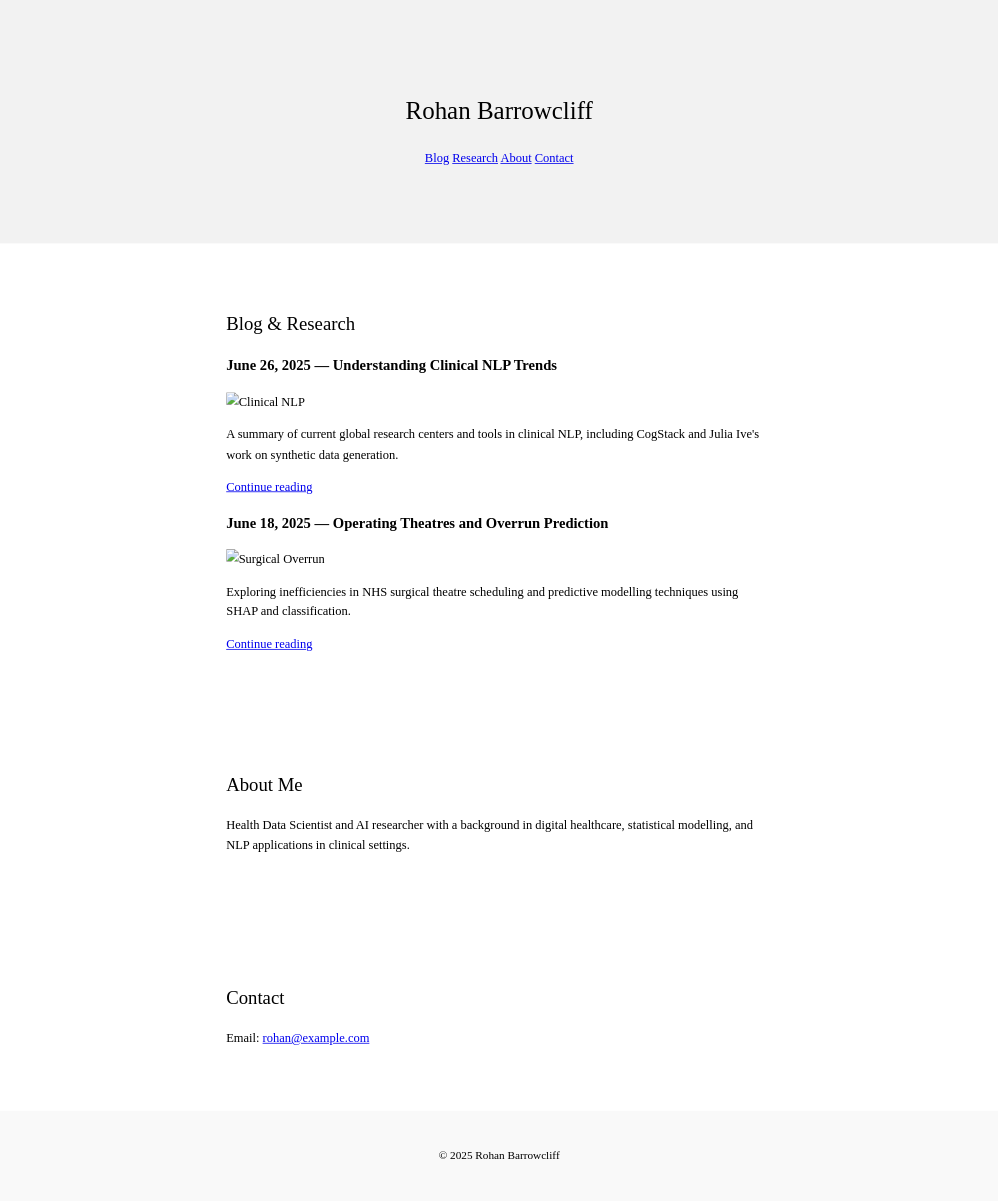
Repository: rgbweston/rgbweston.github.io
Page: index.html
These files come from the project's save history. The page is drawn as it stood at one moment and after the next save; the edit follows.
The browser window is 1280 px wide. The pictures show the whole page, at 78% of full size.

Above is the page before, as saved 2025-06-26 10:55:24.
Not found: nlp-image.jpg
Not found: theatre-overrun.jpg

After the next save:
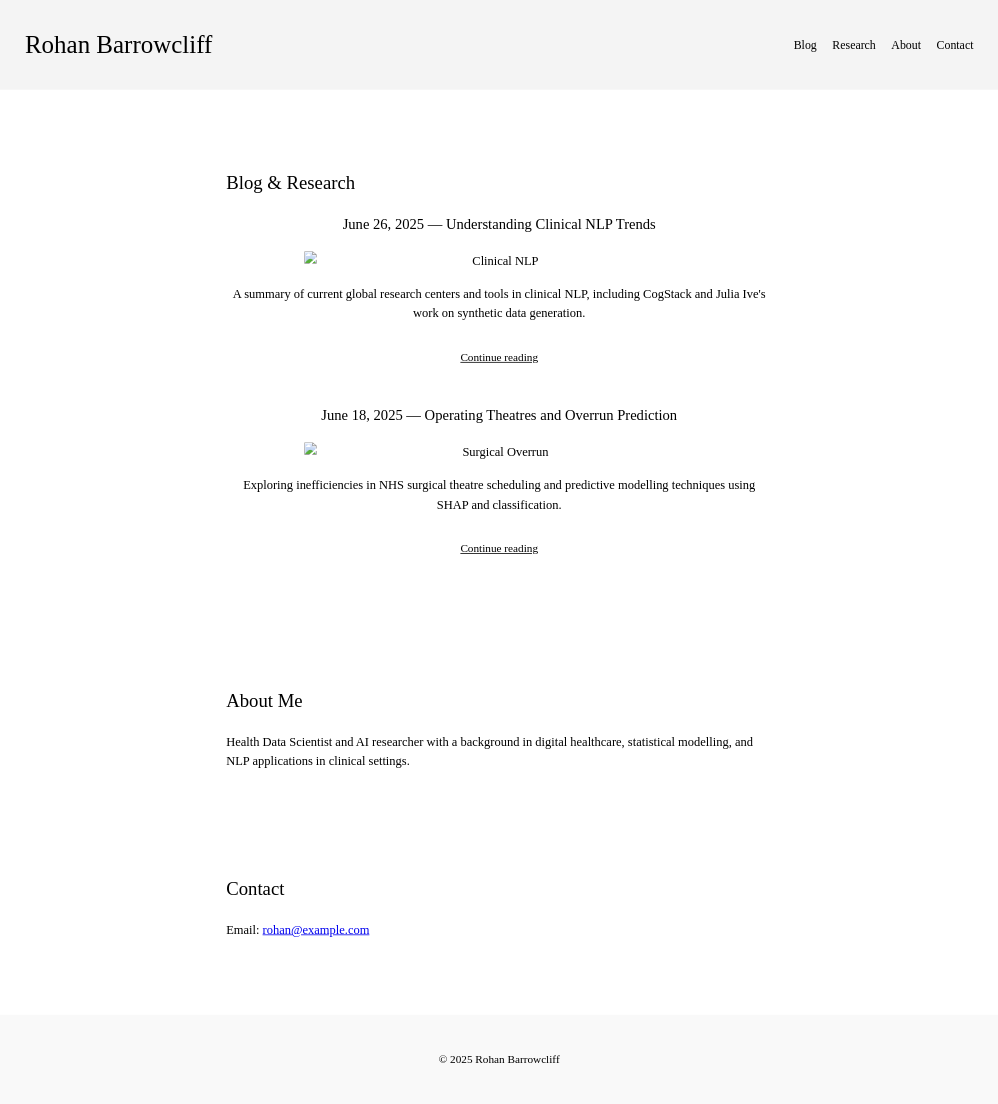
Saved 24 s later.
--- a/style.css
+++ b/style.css
@@ -7,22 +7,35 @@ body {
     color: #000;
   }
 
-  .hero {
-    text-align: center;
-    padding: 6rem 1rem;
-    background: #f2f2f2;
+  .navbar {
+    display: flex;
+    justify-content: space-between;
+    align-items: center;
+    padding: 2rem;
+    background: #f4f4f4;
+    flex-wrap: wrap;
   }
 
-  .tagline {
-    font-style: italic;
-    font-size: 1.2rem;
-    margin-top: 0.5rem;
+  .site-title {
+    font-size: 2rem;
+    margin: 0;
+  }
+
+  .nav-links a {
+    margin-left: 1rem;
+    text-decoration: none;
+    color: #000;
+    font-size: 0.95rem;
+  }
+
+  main {
+    max-width: 700px;
+    margin: auto;
+    padding: 2rem 1rem;
   }
 
   .section {
-    padding: 4rem 2rem;
-    max-width: 700px;
-    margin: auto;
+    padding: 3rem 0;
     opacity: 0;
     transform: translateY(20px);
     transition: opacity 0.8s ease-out, transform 0.8s ease-out;
@@ -33,8 +46,29 @@ body {
     transform: translateY(0);
   }
 
-  h1, h2 {
+  h1, h2, h3 {
     font-weight: normal;
+  }
+
+  .post {
+    margin-bottom: 3rem;
+    text-align: center;
+  }
+
+  .post-image {
+    width: 100%;
+    max-width: 500px;
+    height: auto;
+    display: block;
+    margin: 1rem auto;
+  }
+
+  .read-more {
+    display: inline-block;
+    margin-top: 1rem;
+    text-decoration: underline;
+    font-size: 0.9rem;
+    color: #000;
   }
 
   .footer {
